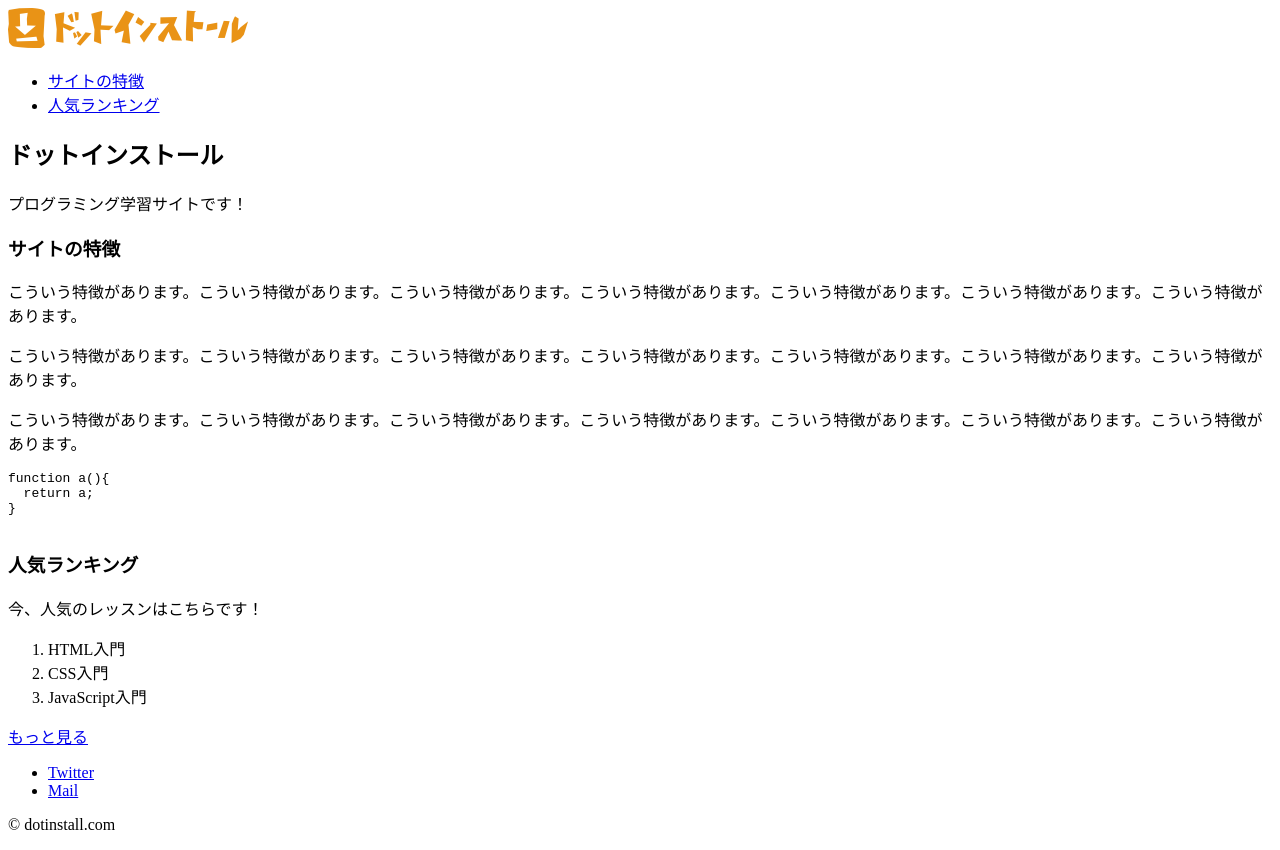
Repository: kojimayu/dotinstall-html
Page: index.html
An editor plug-in stored every save of this project. The page is shown before and after the next save, followed by the edit.
The browser window is 1280 px wide. The pictures show the whole page.

Above is the page before, as saved 2019-04-05 13:09:11.

After the next save:
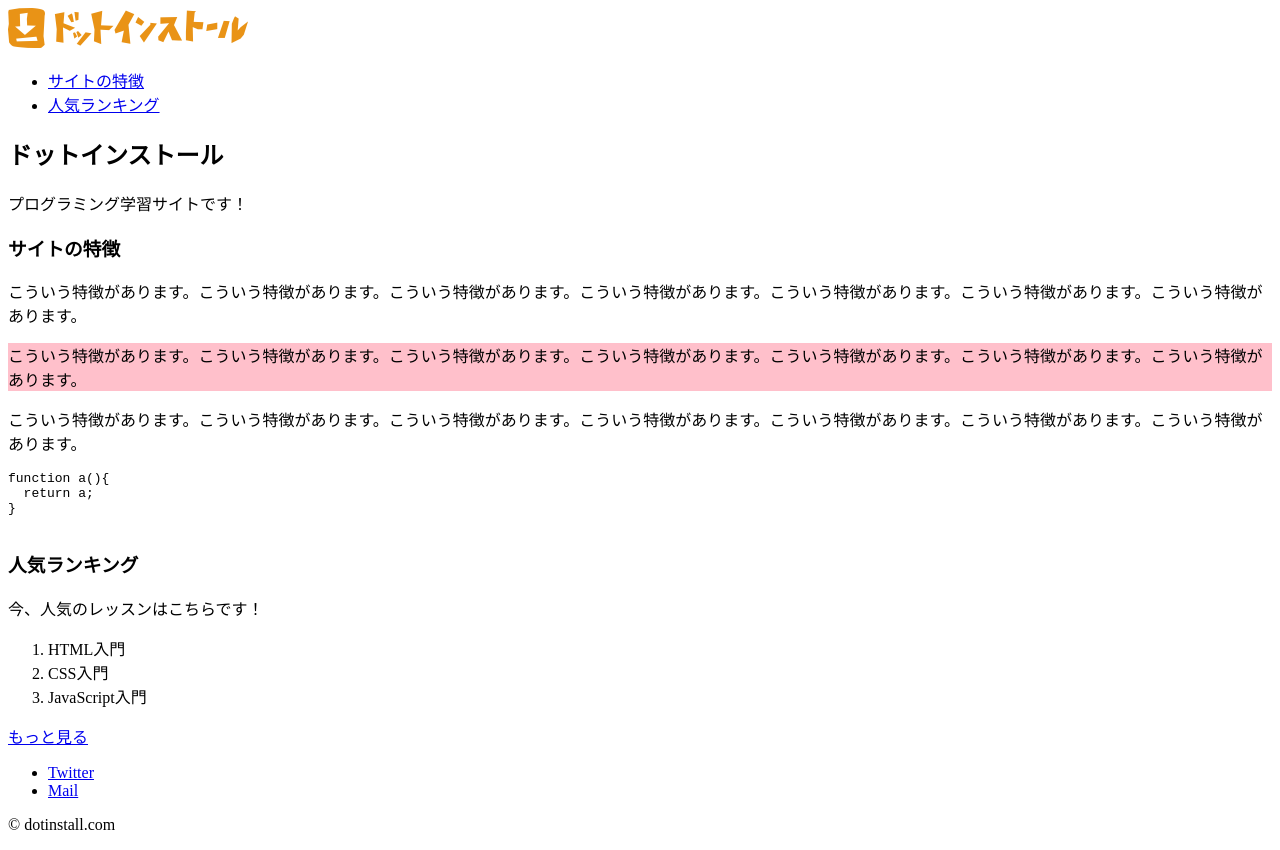
Saved 38 min 13 s later.
--- a/index.html
+++ b/index.html
@@ -28,7 +28,7 @@
         <p>こういう特徴があります。こういう特徴があります。こういう特徴があります。こういう特徴があります。こういう特徴があります。こういう特徴があります。こういう特徴があります。</p>
 
       </div>
-      <div>
+      <div style="background:pink">
         <p>こういう特徴があります。こういう特徴があります。こういう特徴があります。こういう特徴があります。こういう特徴があります。こういう特徴があります。こういう特徴があります。</p>
 
       </div>
